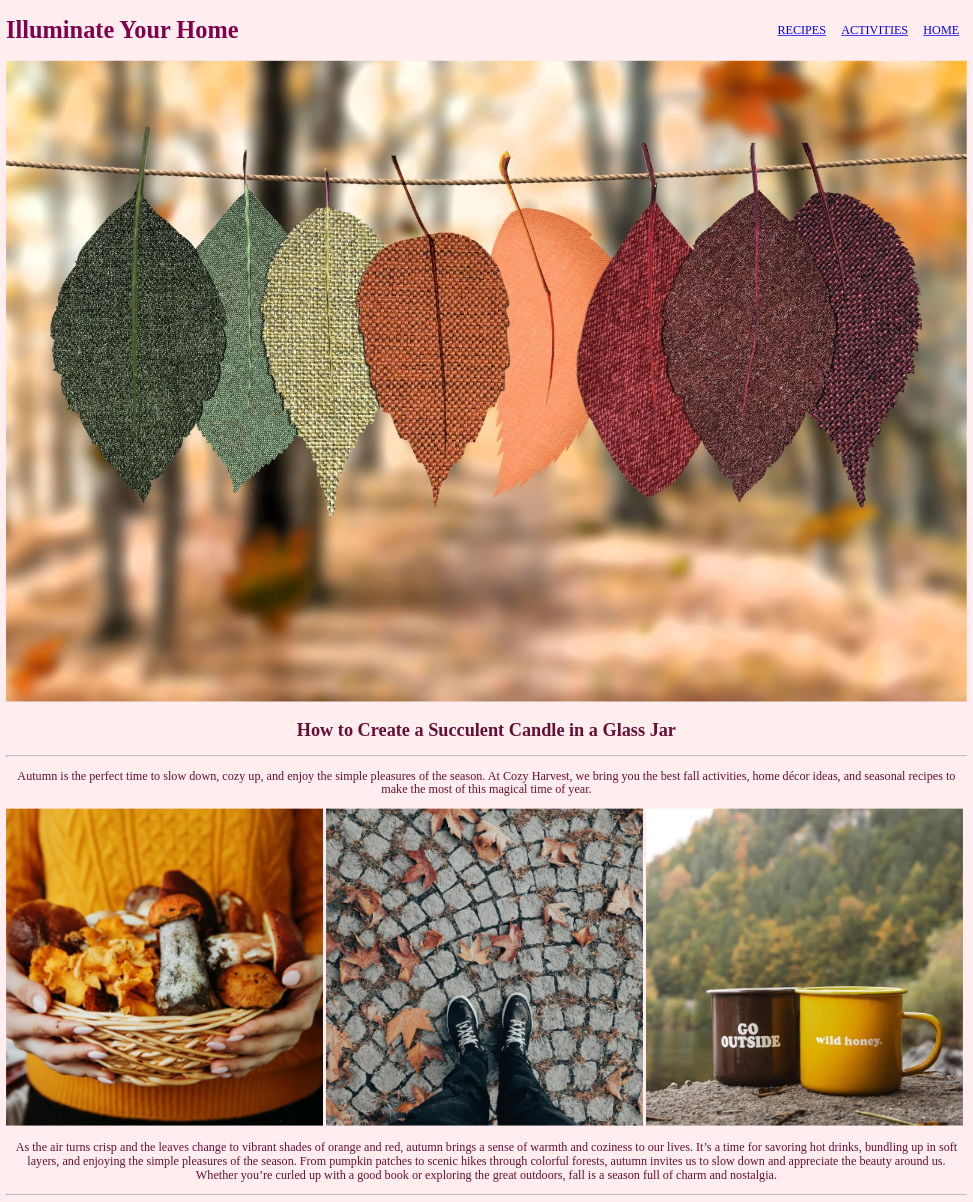
Repository: Brittany-Westlund/MART341-WebDesign
Page: WebDesignHomework/Assignment9/index.html
An editor plug-in stored every save of this project. The page is shown before and after the next save, followed by the edit.
The browser window is 1280 px wide. The pictures show the whole page, at 76% of full size.

Above is the page before, as saved 2024-10-25 19:15:22.

### WebDesignHomework/Assignment9/index.html
<!DOCTYPE html>
<html>
<head>
<meta charset="UTF-8">
<title>Autumn Orchard</title>
<meta name="viewport" content="width=device-width, initial-scale=1.0">
    <style>
        #logo {
            text-align: left;
            text-decoration: none;
            color:rgb(114, 20, 50)
        }
        nav {
            float: right; /* Tells the nav items to float to the right of its container */
            padding: 0 10px 10px 10px;
        }
        nav a {
            text-decoration: none; /* Removes the underline for each link */
            padding: 10px; /* Adds spacing around each link */
            color: black; /* Set a color for the text, if needed */
            display: inline-block; /* Ensures the links are treated like blocks within the nav */
        }
        body {
            background-color: rgb(255, 237, 239);
        }
        h1 {
            color: rgb(128, 0, 73); /* Sets the text's color */
        }
        h2, p {
            color: rgb(103, 14, 51);
            text-align: center;
        }
        h3 {
            color: rgb(128, 0, 73);
            text-align: center;
        }
        .recipe-section {
            width: 90%;
            margin: 0 auto; /* Centers block-level elements, like divs, horizontally - 0 is for the top and bottom values - auto is for the left and right values - auto allows the browser to adjust the space on the left and right automatically */
            padding: 0 20px 20px 20px; /* Places padding around all sides except the top */
        }
        .recipe {
            width: 30%; /* Each recipe takes up 30% of the width */
            float: left;
            margin: 1.66%; /* Spacing between the recipes */
            padding: 15px;
            background-color: #f2fcff;
            box-sizing: border-box; /* Ensures padding and border are included in width */
            text-align: center; /* Centers text and images in the recipe div */
        }
        .recipe img {
            width: 100%; /* Makes images full width of container */
            height: auto;
        }
        .special-note {
            font-weight: bold;
        }
        .clear {
            clear: both; /* Ensures the following content doesn't overlap with the floated elements above */
        }
        .media-section {
            width: 90%;
            margin: 0 auto;
            padding: 20px;
        }
        .audio-section {
            width: 30%; /* Audio takes 1/3 of the width */
            height: 350px;
            float: left;
            margin: 1.66%;
            padding: 15px;
            background-color: #f2fcff;
            box-sizing: border-box;
            text-align: center;
        }
        .timer-section {
            width: 63%; /* Timer takes 2/3 of the width */
            height: 350px;
            float: left;
            margin: 1.66%;
            padding: 15px;
            background-color: #f2fcff;
            box-sizing: border-box;
            text-align: center;
        }
    </style>
</head>
<body>

    <a style="float: right; padding: 10px" href="index.html">HOME</a>
    <a style="float: right; padding: 10px" href="activities.html">ACTIVITIES</a>
    <a style="float: right; padding: 10px" href="recipes.html">RECIPES</a>

    <h1 style="text-align: left;">Illuminate Your Home</h1>
    <img src="images/autumn-leaf-banner-hero.jpg" style="width: 100%">

        <h2 style="text-align: center;">How to Create a Succulent Candle in a Glass Jar</h2>
        <hr />
            <p>Autumn is the perfect time to slow down, cozy up, and enjoy the simple pleasures of the season. At Cozy Harvest, we bring you the best fall activities, home décor ideas, and seasonal recipes to make the most of this magical time of year.</p>

    <img src="images/autumn-basket-held-square.jpg" width="33%"/>
    <img src="images/autumn-cobblestone-square.jpg" width="33%"/>
    <img src="images/autumn-coffee-mugs-square.jpg" width="33%"/>

            <p>As the air turns crisp and the leaves change to vibrant shades of orange and red, autumn brings a sense of warmth and coziness to our lives. It’s a time for savoring hot drinks, bundling up in soft layers, and enjoying the simple pleasures of the season. From pumpkin patches to scenic hikes through colorful forests, autumn invites us to slow down and appreciate the beauty around us. Whether you’re curled up with a good book or exploring the great outdoors, fall is a season full of charm and nostalgia.</p>

        <hr />



</body>
</html>

After the next save:
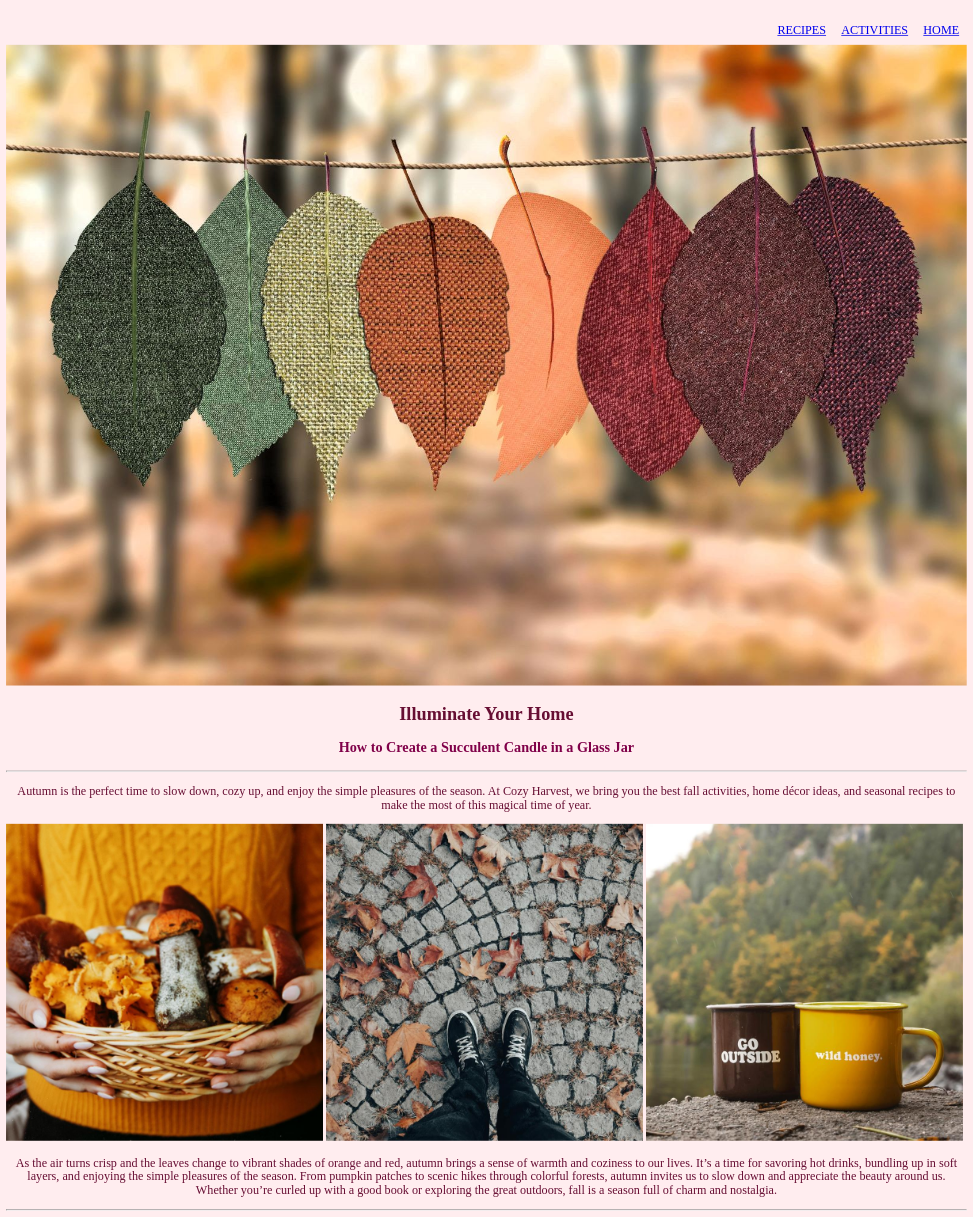
Saved 2 min 40 s later.
--- a/WebDesignHomework/Assignment9/index.html
+++ b/WebDesignHomework/Assignment9/index.html
@@ -91,10 +91,11 @@
     <a style="float: right; padding: 10px" href="activities.html">ACTIVITIES</a>
     <a style="float: right; padding: 10px" href="recipes.html">RECIPES</a>
 
-    <h1 style="text-align: left;">Illuminate Your Home</h1>
+    <h1 style="text-align: left;"></h1>
     <img src="images/autumn-leaf-banner-hero.jpg" style="width: 100%">
 
-        <h2 style="text-align: center;">How to Create a Succulent Candle in a Glass Jar</h2>
+        <h2 style="text-align: center;">Illuminate Your Home</h2>
+        <h3 style="text-align: center;">How to Create a Succulent Candle in a Glass Jar</h3>
         <hr />
             <p>Autumn is the perfect time to slow down, cozy up, and enjoy the simple pleasures of the season. At Cozy Harvest, we bring you the best fall activities, home décor ideas, and seasonal recipes to make the most of this magical time of year.</p>
 
